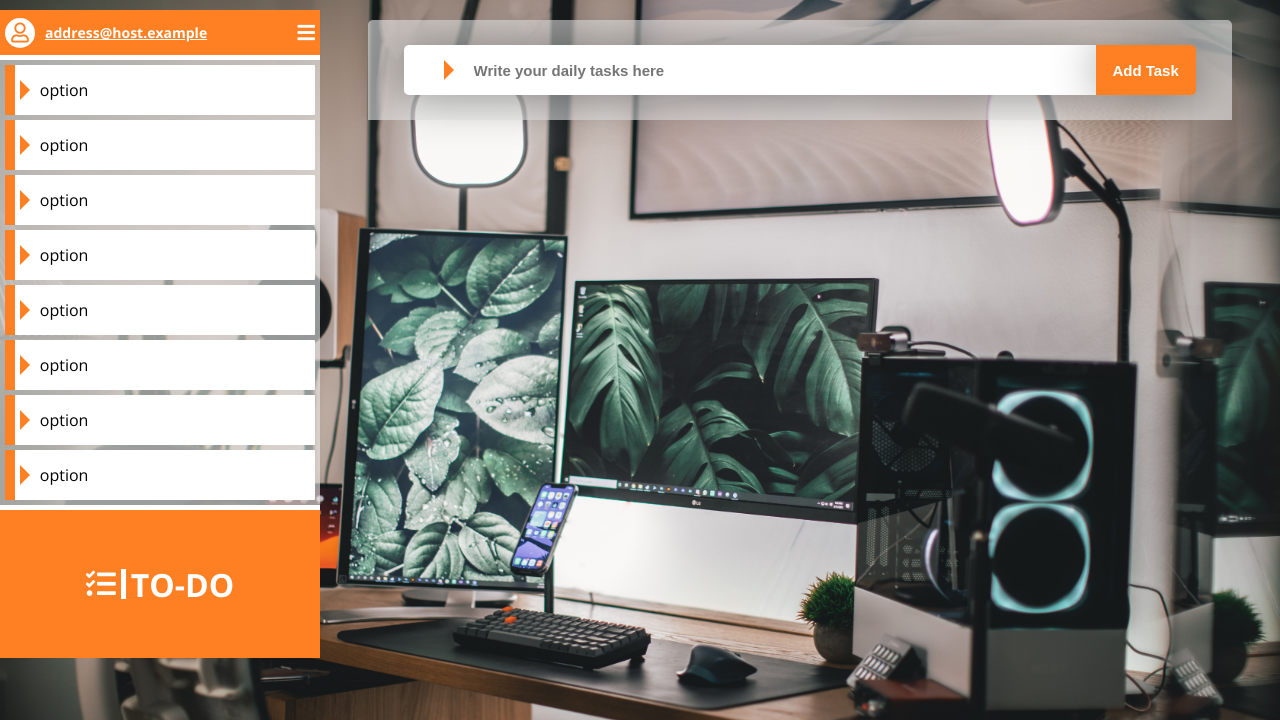
Repository: OmarEssameldinMousa/To-do-list-level01
Page: index.html
The author's editor kept a copy of each file at every save. The page is drawn from the files as they stood at one save, then again after the next save.
The browser window is 1280 px wide. The pictures show the whole page.

Above is the page before, as saved 2023-08-09 23:52:45.

### index.html
<!DOCTYPE html>
<html lang="en">

<head>
    <meta charset="UTF-8">
    <meta name="viewport" content="width=device-width, initial-scale=1.0">
    <title>ToDo</title>
    <link rel="stylesheet" href="main.css">
    <link rel="preconnect" href="https://fonts.gstatic.com" />
    <link rel="stylesheet" href="css/all.min.css">
    <link href="https://fonts.googleapis.com/css2?family=Open+Sans:wght@400;700&display=swap" rel="stylesheet" />
</head>

<body>
    <div class="dashboard">
        <div class="nav">
            <div class="navigation">
                <div class="profile">
                    <div class="profile-pic">
                        <i class="fa-regular fa-user"></i>
                    </div>
                    <h3>address@host.example</h3>
                    <i class="fa-solid fa-bars" style="color: #ffffff;"></i>
                    <!-- <i class="fa-solid fa-bars second" style="color: #ffffff;"></i> -->
                    <!-- <i class="fa-solid fa-arrow-right" style="color: #ffffff;"></i>
                    <i class="fa-solid fa-arrow-left" style="color: #ffffff;"></i> -->
                </div>
                <ul>
                    <li>
                        <span class="toggle"></span>
                        <span class="title">option</span>
                    </li>
                    <li>
                        <span class="toggle"></span>
                        <span class="title">option</span>
                    </li>
                    <li>
                        <span class="toggle"></span>
                        <span class="title">option</span>
                    </li>
                    <li>
                        <span class="toggle"></span>
                        <span class="title">option</span>
                    </li>
                    <li>
                        <span class="toggle"></span>
                        <span class="title">option</span>
                    </li>
                    <li>
                        <span class="toggle"></span>
                        <span class="title">option</span>
                    </li>
                    <li>
                        <span class="toggle"></span>
                        <span class="title">option</span>
                    </li>
                    <li>
                        <span class="toggle"></span>
                        <span class="title">option</span>
                    </li>
                </ul>
                <div class="footer">
                    <i class="fa-solid fa-list-check"></i>
                    <span></span>
                    <h1>TO-DO</h1>
                </div>
            </div>
        </div>
        <div class="workstation">
            <div class="container">
                <div class="form">
                    <div>
                        <span></span>
                        <input type="text" class="input" placeholder="Write your daily tasks here">
                    </div>
                    <input type="submit" class="add" value="Add Task">
                </div>
                <!-- separator -->
                <div class="tasks">
                    <div class="tasks-numbers">

                    </div>
                    <div class="tasks-container">

                    </div>
                </div>
            </div>
        </div>
    </div>
    <script src="main.js"></script>
</body>

</html>

### main.css
:root {
    --main-color: rgba(235, 235, 235, 0.6);
    --secondery-color: #ff7f23;
}

* {
    -webkit-box-sizing: border-box;
    -moz-box-sizing: border-box;
    box-sizing: border-box;
    padding: 0;
    margin: 0;
}

body {
    font-family: "Open Sans", sans-serif;
    background-image: url(backgroundimage.jpg);
    background-repeat: no-repeat;
    background-size: cover;
    position: relative;
    height: 100%;
}


ul {
    list-style: none;
}


.dashboard {
    display: flex;
    height: 100%;
    width: 100%;
    column-gap: 0px;
}

.nav {
    width: 25%;
    height: 100%;
    position: relative;
    margin-top: 10px;
}

.nav .navigation {
    height: 100%;
    width: 100%;
    background: var(--main-color);
}

.nav .navigation .profile {
    width: 100%;
    height: 50px;
    background-color: var(--secondery-color);
    display: flex;
    align-items: center;
    border-bottom: 5px solid white;
}

.nav .navigation .profile .profile-pic {
    border-radius: 50%;
    background-color: white;
    height: 30px;
    width: 30px;
    display: flex;
    align-items: center;
    justify-content: center;
    margin-left: 5px;

}

.nav .navigation .profile i {
    font-size: 20px;
    color: var(--secondery-color);
}

.nav .navigation .profile h3 {
    font-size: 14px;
    padding-left: 10px;
    text-decoration: underline;
    color: white;
}

.nav .navigation ul {
    width: 97%;
    margin: auto;
    margin-top: 5px;
}

.nav .navigation ul li {
    padding: 5px;
    height: 50px;
    background-color: white;
    margin-bottom: 5px;
    border-radius: 1px;
    border-left: 10px solid #ff7f23;
    display: flex;
    align-items: center;
    transition: 0.3s;

}


.nav .navigation ul li:hover .toggle {
    padding-left: 10px;
}

.navigation .footer {
    width: 100%;
    height: 153px;
    background-color: #ff7f23;
    display: flex;
    align-items: center;
    justify-content: center;
    border-top: 5px solid white;
    column-gap: 5px;
}

.navigation .footer i {
    font-size: 30px;
    color: white;
}

.navigation .footer h1 {
    color: white;
}

.navigation .footer span {
    height: 30px;
    width: 5px;
    background-color: white;
}

li .toggle {
    border: 10px solid var(--secondery-color);
    border-color: transparent transparent transparent #ff7f23;
    transition: 0.3s;
}

.workstation {
    height: 100%;
    position: relative;
    flex: 1;
}

.container {
    width: 100%;
    min-height: 50px;
    background-color: transparent;
    z-index: 1;
    position: absolute;
}

.container .form {
    width: 90%;
    height: 100px;
    background-color: var(--main-color);
    margin: 20px auto;
    border-top-right-radius: 5px;
    border-top-left-radius: 5px;
    text-align: center;
    position: relative;
    display: flex;
    justify-content: center;
    align-items: center;
}

.container .tasks {
    width: 90%;
    background-color: var(--main-color);
    margin: 20px auto;
    display: flex;
    border-bottom-left-radius: 5px;
    border-bottom-right-radius: 5px;
}

.container .form .input,
.container .form .add {
    display: block;
    height: 50px;
}

.container .form div {
    width: 80%;
    border-bottom-left-radius: 5px;
    border-top-left-radius: 5px;
    border: 0px solid;
    box-shadow: -5px 0 50px 0px #00000073;
    background-color: white;
    display: flex;
    justify-content: flex-end;
    align-items: center;
}

.container .form div span {
    border: 10px solid #ff7f23;
    border-color: transparent transparent transparent #ff7f23;
    margin-right: 10px;
}

.container .form div .input {
    outline: 0;
    font-size: 15px;
    border: 0px solid;
    font-weight: bold;
    width: 90%;
}

.container .form .add {
    width: 100px;
    border: 0px solid;
    background-color: #ff7f23;
    color: white;
    font-weight: bold;
    font-size: 15px;
    border-bottom-right-radius: 5px;
    border-top-right-radius: 5px;
    box-shadow: 5px 0 50px 0px #00000073;
}

.container .tasks .tasks-container {
    width: 80%;
    display: flex;
    flex-direction: column;
    align-items: center;
    align-content: center;
    flex: 1;
}

.container .tasks .tasks-container .task {
    width: 80%;
    height: 50px;
    border-radius: 5px;
    border: 0px solid;
    box-shadow: -5px 0 50px 0px #00000073;
    background-color: white;
    margin: 10px 0;
    position: relative;
    display: flex;
    align-items: center;
}

.container .tasks .tasks-container .task i {
    margin-left: 10px;
    margin-right: 10px;
    color: var(--secondery-color);
}


.container .tasks .tasks-container .task::after {
    content: "";
    width: 10%;
    height: 100%;
    background-color: #ff7f23;
    position: absolute;
    top: 0;
    left: 90%;
    z-index: 0;
    border-top-right-radius: 5px;
    border-bottom-right-radius: 5px;
}

.container .tasks .tasks-container .task i:first-of-type {
    position: absolute;
    right: 4%;
    top: 50%;
    transform: translateY(-50%);
    color: white;
    z-index: 1;
    font-size: 20px;
}

.container .tasks .tasks-container .task i:last-of-type {
    position: absolute;
    right: 0%;
    top: 50%;
    transform: translateY(-50%);
    color: white;
    z-index: 1;
    font-size: 20px;
}

.container .tasks .tasks-numbers {
    width: 50px;
    display: flex;
    align-items: center;
    flex-direction: column;
}


.tasks-numbers .repated-line-circle {
    width: 2px;
    height: 70px;
}

.tasks-numbers .line-circle {
    display: flex;
    flex-direction: column;
    width: 100%;
    height: 100%;
    justify-content: space-between;
    align-items: center;
}

.tasks-numbers .line-circle .upper-line {
    width: 100%;
    height: 40%;
    background-color: white;
}

.tasks-numbers .line-circle .circle {
    font-family: 'VT323', monospace;
    width: 20px;
    height: 20px;
    background-color: #ff7f23;
    border-radius: 50%;
    text-align: center;
    position: relative;
    transition: 0.3s;
    animation: gradient-animation 5s infinite alternate;
    border: 1px solid white;
}


.tasks-numbers .line-circle .circle p {
    position: absolute;
    left: 50%;
    top: 50%;
    transform: translate(-50%, -50%);
    font-size: 14px;
    color: white;
}

.line-circle .circle p a {
    text-decoration: none;
}

.tasks-numbers .line-circle .lower-line {
    width: 2px;
    height: 40%;
    background-color: white;
}

.nav .navigation .profile i.fa-solid.fa-bars {
    position: absolute;
    right: 5px;
    /* display: none; */
}


@media (max-width: 767px) {
    body {
        background-image: none;
    }

    .dashboard {
        flex-direction: column;
    }

    .nav {
        width: 100% !important;
        height: 50px;
        z-index: 2;
    }

    .navigation {
        width: 100%;
        position: absolute;
        background-color: #ff7f23;
    }

    .nav .navigation ul {
        width: 100%;
        display: none;
    }

    .nav .navigation ul li {
        border: none;
        margin: 0;
    }

    .navigation .footer {
        display: none;
    }

    .nav .navigation .profile i.fa-solid.fa-bars {
        display: inline-block;
    }

    .nav .navigation .profile i.fa-solid.fa-bars.second {
        display: none;
    }
}

/* Small */
@media (min-width: 768px) {}

/* Medium */
@media (min-width: 992px) {}

/* Large */
@media (min-width: 1200px) {}

### main.js
let counter = 1;
let counterarray = [];
let tasksDiv = document.querySelector(".tasks-container");
let tasksnumbersDiv = document.querySelector(".tasks-numbers");
let inputbox = document.querySelector(".input");
let inputboxValue = inputbox.value;
let inputbtn = document.querySelector(".add");
let idtentity = 0;
let list = [];
let menu_bars = document.querySelector("i.fa-solid.fa-bars")
let optionsul = document.querySelector(".nav .navigation ul")
let menu_bars2 = document.querySelector("i.fa-solid.fa-bars.second")
let navdiv = document.querySelector(".nav")

function createTaskDiv_NumberDiv() {
    if (inputbox.value != "") {
        let inputbox = document.querySelector(".input");
        let inputboxValue = inputbox.value;
        counterarray.push(counter);
        // craeting task divs
        let taskDiv = document.createElement("div");
        taskDiv.className = "task";
        let i1 = document.createElement("i");
        i1.className = "fa-regular fa-square-check";
        let i2 = document.createElement("i");
        i2.className = "fa-solid fa-clock";
        let i3 = document.createElement("i");
        i3.className = "fa-regular fa-trash-can";
        i3.setAttribute("index", counterarray.length - 1);
        let tasktitle = document.createElement("h4");
        tasktitle.innerHTML = inputboxValue;
        // nesting all childs under each parent
        tasksDiv.appendChild(taskDiv);
        taskDiv.appendChild(i1);
        taskDiv.appendChild(i2);
        taskDiv.appendChild(i3);
        taskDiv.appendChild(tasktitle);
        //creating the numbering divs
        let repatedlinecircleDiv = document.createElement("div");
        repatedlinecircleDiv.className = "repated-line-circle";
        let linecirclediv = document.createElement("div");
        linecirclediv.className = "line-circle";
        let upperlinediv = document.createElement("div");
        upperlinediv.className = "upper-line";
        let circlediv = document.createElement("div");
        circlediv.className = "circle";
        let circleparacontent = document.createElement("p");
        circleparacontent.innerHTML = `${counterarray.length}`;
        let lowerlinediv = document.createElement("div");
        lowerlinediv.className = "lower-line";
        //nesting all childs under each parent
        tasksnumbersDiv.appendChild(repatedlinecircleDiv);
        repatedlinecircleDiv.appendChild(linecirclediv);
        linecirclediv.appendChild(upperlinediv);
        linecirclediv.appendChild(circlediv);
        circlediv.appendChild(circleparacontent);
        linecirclediv.appendChild(lowerlinediv);
        // after adjustments
        list.push({ "id": idtentity, "title": inputbox.value, });
        window.localStorage.setItem("tasks", JSON.stringify(list));
        inputbox.value = "";
        counter++;
        idtentity++;
        inputbox.focus();
    }
}

inputbtn.addEventListener("click", createTaskDiv_NumberDiv);

document.addEventListener("click", function (e) {
    if (e.target.className === "fa-regular fa-trash-can") {
        let n = 1;
        // deleting from BOM - local storage
        let storedTasks = JSON.parse(window.localStorage.getItem("tasks"))
        storedTasks.filter(a => a.id != e.index);
        list = storedTasks;
        window.localStorage.clear()
        window.localStorage.setItem("tasks", JSON.stringify(storedTasks));
        // deleting from the DOM
        e.target.parentElement.parentElement.previousElementSibling.lastChild.remove();
        counterarray.pop();
        counter--;
        e.target.parentElement.remove();
        document.querySelectorAll(".circle p").forEach(element => {
            element.innerHTML = n;
            n++;
        });
    }
})

menu_bars.addEventListener("click", function () {
    if (optionsul.style.display == "block") {
        optionsul.style.display = "none"
    } else {
        optionsul.style.display = "block"
    }
})

Loaded but not shown: css/all.min.css (library)

After the next save:
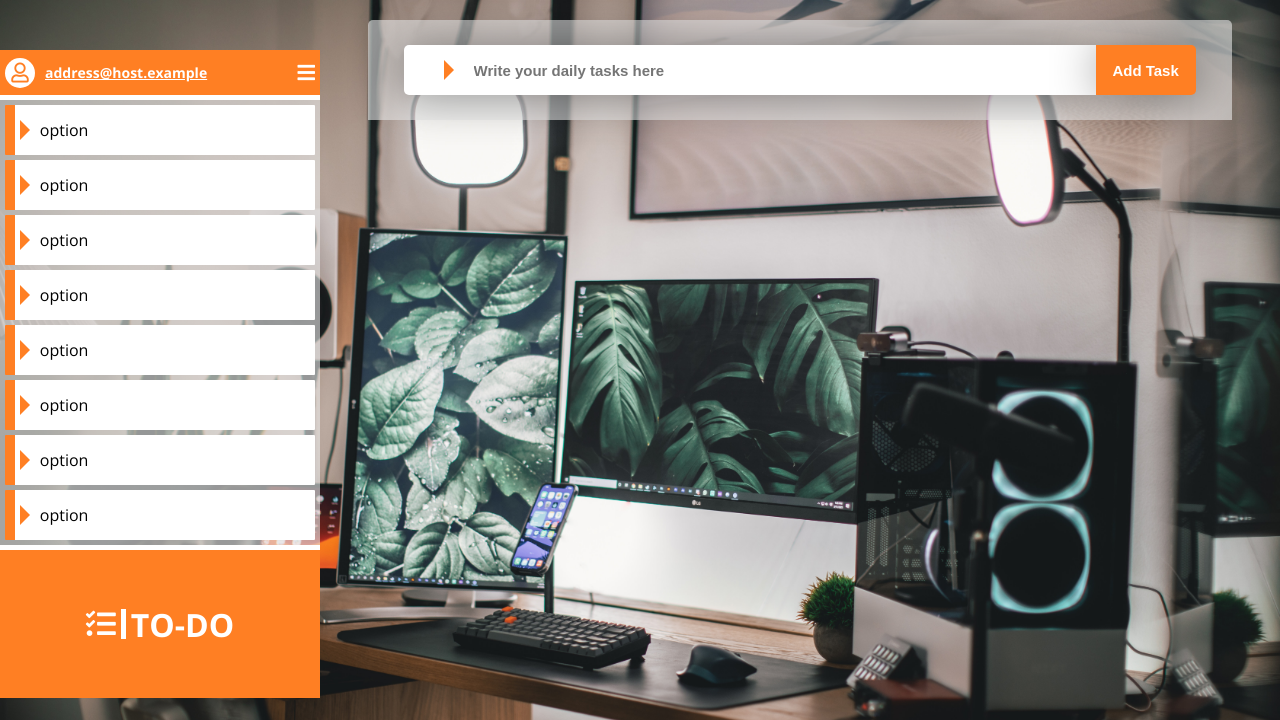
Saved 14 s later.
--- a/main.css
+++ b/main.css
@@ -37,7 +37,7 @@ ul {
     width: 25%;
     height: 100%;
     position: relative;
-    margin-top: 10px;
+    margin-top: 50px;
 }
 
 .nav .navigation {
